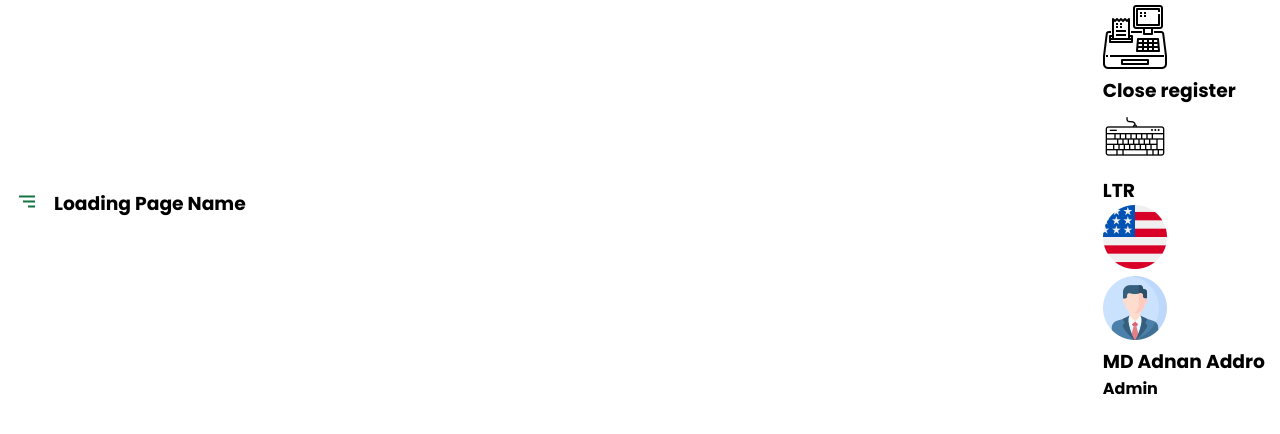
Repository: codebyaddro/pos-navbar
Page: index.html
These files come from the project's save history. The page is drawn as it stood at one moment and after the next save; the edit follows.
The browser window is 1280 px wide. The pictures show the whole page.

Above is the page before, as saved 2025-02-13 14:41:28.

### index.html
<!DOCTYPE html>
<html lang="en">
<head>
    <meta charset="UTF-8">
    <meta name="viewport" content="width=device-width, initial-scale=1.0">
    <!-- CSS -->
    <link rel="stylesheet" href="/css/style.css">
    <!-- Icons -->
    <link href='https://unpkg.com/boxicons@2.1.4/css/boxicons.min.css' rel='stylesheet'>
    <title>Navbar - Block</title>
</head>
<body>
    <nav class="cba-nav-container">
        <div class="cba-nav-side-menu-toggle-icon-loading-pagename">
            <div class="cba-nav-side-menu-toggle-icon">
                <!-- toggle first icon -->
                <i class='t-icon-open bx bx-menu-alt-right' id="iconDisplay" onclick="toggleIcon()"></i>
                <!-- toggle second icon -->
                <!-- <i class='t-icon-close bx bx-menu-alt-left' id="iconDisplay" onclick="toggleIcon()"></i> -->
                <!--todo: one of the toggle icon should be commented-->
            </div>
            <div class="cba-nav-loading-pagename">
                <h3><span>Loading Page Name</span></h3>
            </div>
        </div>
        <div class="cba-nav-features-user-logo-name">
            <div class="cba-nav-features">
                <div class="cba-nav-close-counter">
                    <img src="/img/cash-register.png" alt="cash-register-img">
                    <h3>Close register</h3>
                </div>
                <div class="cba-nav-keyboard-shortcut">
                    <img src="/img/computer-keyboard.png" alt="keyboard-img">
                </div>
                <div class="cba-nav-ltr-rtl-switch">
                    <h3><span id="text">LTR</span></h3>
                </div>
                <div class="cba-nav-lang-switch" onclick="toggleImage()">
                    <img src="/img/united-states.png" title="English" alt="united-state-flag" id="image">
                </div>
            </div>
            <div class="cba-nav-user-logo-name">
                <div class="cba-nav-user-logo">
                    <img src="/img/User.png" alt="user-img">
                </div>
                <div class="cba-nav-user-name">
                    <div class="cba-nav-user-name">
                        <h3>MD Adnan Addro</h3>
                    </div>
                    <div class="cba-nav-user-role">
                        <h4>Admin</h4>
                    </div>
                </div>
            </div>
        </div>
    </nav>
    <!-- Javascript -->
    <script src="/script/main.js"></script>
</body>
</html>

### css/style.css
/* -- fonts -- */
@import url('https://fonts.googleapis.com/css2?family=Poppins:ital,wght@0,100;0,200;0,300;0,400;0,500;0,600;0,700;0,800;0,900;1,100;1,200;1,300;1,400;1,500;1,600;1,700;1,800;1,900&family=Raleway:ital,wght@0,100..900;1,100..900&family=Roboto:ital,wght@0,100;0,300;0,400;0,500;0,700;0,900;1,100;1,300;1,400;1,500;1,700;1,900&family=VT323&display=swap');

/* -- root -- */

:root {
    --gray-white: #F0F1F2; /* For body*/
    --white: #FFFFFF;
    --black: #000000;
    --gray-black: #DDDDDD;
    --light-black: #212523;
    --light-black-op: #21252350;
    --main-green: #157343;
    --main-light: #37A000;
    --light-orange: #FD7E14;
    --green: #008000;
    --light-green: #e9f6ec;
    --red: #FF0000;
    --light-red: #fbeaec;
}

/* -- universal style -- */

* {
    margin: 0;
    padding: 0;
    box-sizing: border-box;
    font-family: "Poppins", serif;
}

/* -- web app cursor element selection style -- */

::selection {
    color: var(--white);
    background-color: var(--main-light);
}

/* -- nav container style -- */

.cba-nav-container {
    display: flex;
    justify-content: space-between;
    align-items: center;
    padding: 5px 15px;
}

/* -- nav side menu toggle icon and loading pagename style -- */

.cba-nav-side-menu-toggle-icon-loading-pagename {
    display: flex;
    gap: 15px;
    align-items: center;
}

/* -- nav side menu toggle icon style -- */

.cba-nav-side-menu-toggle-icon  {
    color: var(--main-green);
    font-size: 1.5rem;
    cursor: pointer;
}

### script/main.js
// JS function for Side Navigation Bar Toggle

function toggleIcon() {
    let icon = document.getElementById("iconDisplay");

    if (icon.classList.contains("bx-menu-alt-right")) {
        icon.classList.remove("bx-menu-alt-right");
        icon.classList.add("bx-menu-alt-left"); // Change to user alt left icon
    } else {
        icon.classList.remove("bx-menu-alt-left");
        icon.classList.add("bx-menu-alt-right"); // Change back to alt right icon
    }
}

// End of Side Navigation Bar Toggle

After the next save:
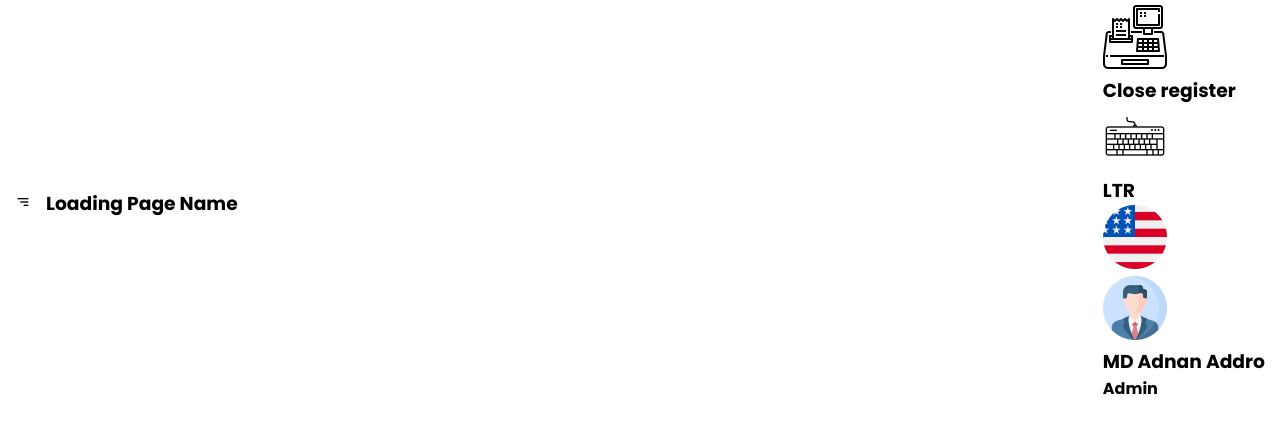
Saved 5 s later.
--- a/css/style.css
+++ b/css/style.css
@@ -54,7 +54,7 @@
 
 /* -- nav side menu toggle icon style -- */
 
-.cba-nav-side-menu-toggle-icon  {
+.cba-nav-side-menu-toggle-icon . {
     color: var(--main-green);
     font-size: 1.5rem;
     cursor: pointer;
